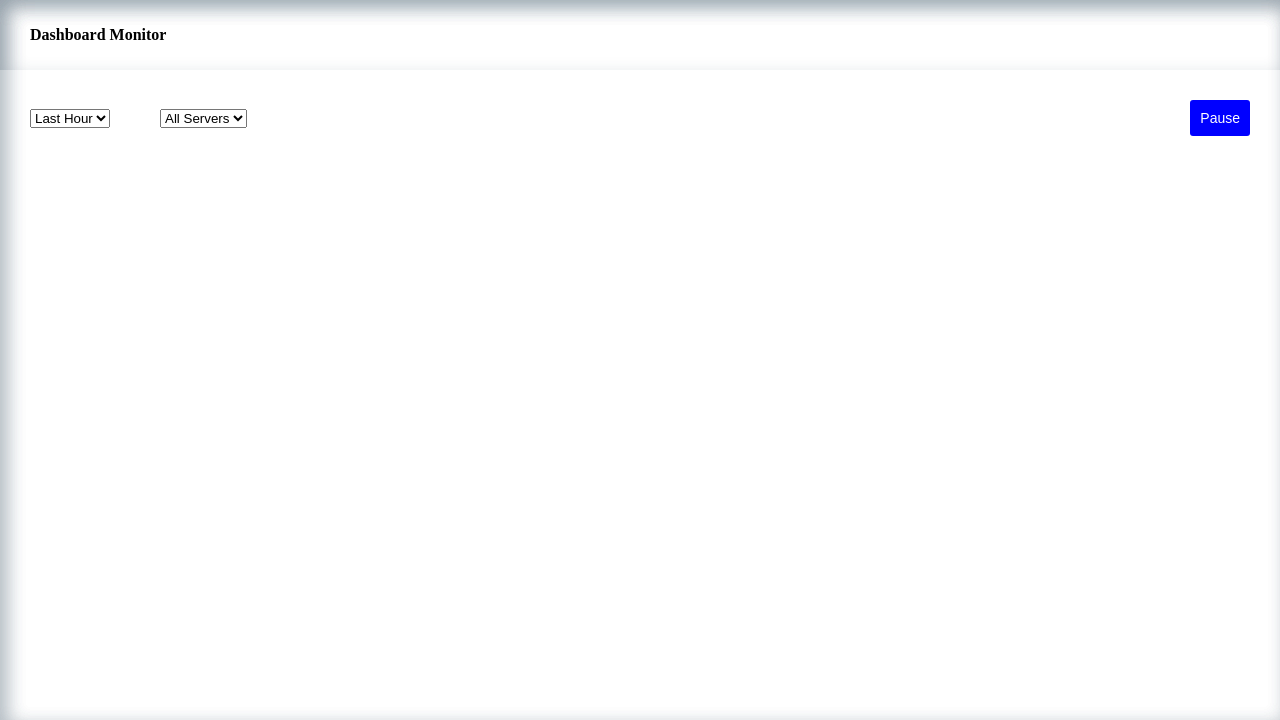
Repository: egorgloom/dashboard
Page: /
The author's editor kept a copy of each file at every save. The page is drawn from the files as they stood at one save, then again after the next save.
The browser window is 1280 px wide. The pictures show the whole page.
The page's requests for data from a server got no answer. The project was rebuilt for these pictures with package versions that can differ from the ones it lists, and the page was loaded fresh each time. No one was signed in, and anything a server would have sent is missing. Also part of the build but not shown: webpack.config.js, src/components/ItemCard/ItemCard.tsx, src/components/SingleServerMetrics/SingleServerMetrics.tsx.

Above is the page before, as saved 2025-04-16 17:51:35.

### src/index.html
<!DOCTYPE html>
<html>

<head>
  <meta charset="utf-8">
  <meta name="viewport" content="width=device-width, initial-scale=1.0" />
  <title>Dashboard</title>
</head>

<body>
  <div id="app"></div>
  <!-- <script type="module" src="./main.tsx"></script> -->
</body>
</html>

### src/app.tsx
import * as React from 'react';

import ReactDOM from "react-dom/client";
import { Provider } from 'react-redux';
import {
  BrowserRouter as Router,
  Routes,
  Route,
  BrowserRouter
} from "react-router-dom";



import './app.scss'
import OverviewPage from './components/OverviewPage/OverviewPage';
import store from './store';
import SingleServerMetrics from './components/SingleServerMetrics/SingleServerMetrics';
import Header from './components/Header/Header';



const App = () => {
  return (
    <>
      <Header />
      <Routes>
        <Route path='*' element={<OverviewPage />} />
        <Route path='/metrics/:id' element={<SingleServerMetrics />} />
      </Routes>
    </>

  )
}




const rootElement = document.getElementById('app');
if (rootElement) {
  const root = ReactDOM.createRoot(rootElement);
  root.render(
    <React.StrictMode>
      <Provider store={store}>
        <BrowserRouter>
          <App />
        </BrowserRouter>
      </Provider>
    </React.StrictMode>
  );
}

### src/app.scss
html, body {
    width: 100%; height: 100%; margin: 0; padding: 0;
    -webkit-box-shadow: 7px 6px 19px 0px rgba(34, 60, 80, 0.2) inset;
    -moz-box-shadow: 7px 6px 19px 0px rgba(34, 60, 80, 0.2) inset;
    box-shadow: 7px 6px 19px 0px rgba(34, 60, 80, 0.2) inset;

  }

  * {
    margin: 0;
    padding: 0;
    box-sizing: border-box;
  }

  #app {
    width: 100%; height: 100%; margin: 0; padding: 0px;
  }


  ol,
  ul {
    list-style: none;
  }

  a {
    text-decoration: none;
    padding: 0;
    margin: 0;
  }

  //variables

  $white: #FFF;
$lightBlack: #333;
$black: #000;
$blue: blue;

$fs10: 10px;
$fs11: 11px;
$fs12: 12px;
$fs13: 13px;
$fs14: 14px;
$fs16: 16px;
$fs17: 17px;
$fs18: 18px;
$fs20: 20px;
$fs24: 24px;
$fs36: 36px;

$pad30px: 30px;

//mixins
@mixin flex--center {
  display: flex;
  align-items: center;
  justify-content: center;

}

@mixin flex--space-between {
  display: flex;
  align-items: center;
  justify-content: space-between;

}

@mixin box-shadow {
  -webkit-box-shadow: 7px 6px 19px 0px rgba(34, 60, 80, 0.2) inset;
-moz-box-shadow: 7px 6px 19px 0px rgba(34, 60, 80, 0.2) inset;
box-shadow: 7px 6px 19px 0px rgba(34, 60, 80, 0.2) inset;
}

//header
.header {
    width: 100%;
    height: 70px;
    @include flex--center;
    justify-content: left;
  @include box-shadow;
}

.header--logo {

    color: $black;
    font-weight: bold;
    padding-left: $pad30px;
}
//wrapper

.wrapper {
padding: $pad30px;




}
.wrapper--filters {
  @include flex--space-between;
  flex-direction: row;


}

.wrapper--filter-select {
  @include flex--space-between;
  gap: 50px;

}

.btn {
  background-color: $blue;
  padding: 10px;
  color: $white;
  font-size: $fs14;
  border-style: none;
  border-radius: 3px;
}

//all-cards

.all-cards {
  margin-top: 20px;
  display: flex;
  flex-direction: row;
  flex-wrap: wrap;
  gap: 15px;
}
.all-cards--card {
  padding: 20px;
  width: calc(50% - 20px);
  display: flex;
  gap: 20px;
  flex-direction: column;
  -webkit-box-shadow: -1px 0px 3px 3px rgba(34, 60, 80, 0.2);
-moz-box-shadow: -1px 0px 3px 3px rgba(34, 60, 80, 0.2);
box-shadow: -1px 0px 3px 3px rgba(34, 60, 80, 0.2);
}

.all-cards--card--server {
  @include flex--space-between;
}
.all-cards--card--data {
display: grid;
    grid-template-columns: 50%;
    grid-template-rows: 50%;
    grid-auto-columns: 1fr;
    gap: 10px;
    grid-auto-flow: row;
    grid-template-areas:
      ". ."
      ". .";



}

.all-cards--card--data--info {
  display: flex;
  flex-direction: column;
  gap: 7px;
}
.all-cards--card--data--info--label {
  font-size: $fs11;
  color: $lightBlack;
}
.all-cards--card--data--info--value {
  font-size: $fs18;
  color: $black;
  font-weight: bold;
}

.all-cards--card--location {
display: flex;
flex-direction: column;

}

### src/components/OverviewPage/OverviewPage.tsx
import React from 'react';
import { FC } from 'react';
import { useGetMetricsQuery } from '../../API/metricsSlice';
import { IMetrics } from '../../interfaces/interface';

import ItemCard from '../ItemCard/ItemCard';


interface IOverviewPage { }

const OverviewPage: FC<IOverviewPage> = () => {

    const {data} = useGetMetricsQuery('')

    return (
        <>



            <div className='wrapper'>
                <div className='wrapper--filters'>
                    <div className='wrapper--filter-select'>
                        <select name="" id="">
                            <option value="1">Last Hour</option>
                            <option value="3">2</option>
                            <option value="6">3</option>

                        </select>
                        <select name="" id="">
                            <option value="1">All Servers</option>
                            <option value="2">web</option>
                            <option value="3">db</option>
                            <option value="4">cache</option>

                        </select>
                    </div>

                    <div>
                        <button className='btn'>Pause</button>
                    </div>
                </div>
                <div className='all-cards'>
                {data?.map((elem: IMetrics) => <ItemCard elem={elem} key={elem.id}/>)}
                </div>
            </div>
        </>
    );
};

export default OverviewPage;

### src/store.ts
import { configureStore  } from '@reduxjs/toolkit'

import { metricsSlice } from './API/metricsSlice'



const store = configureStore({
reducer: {
      [metricsSlice.reducerPath]: metricsSlice.reducer,

},
middleware: (getDefaultMiddleware) =>
      getDefaultMiddleware().concat(metricsSlice.middleware),
})


export default store

### src/components/Header/Header.tsx
import React from 'react';
import { FC } from 'react';

interface IHeader {}

const Header: FC<IHeader> = () => {
  return (
    <>
          <header className='header'>
        <a href="/" aria-label="Dashboard" className='header--logo'>
          Dashboard Monitor
        </a>
      </header>
    </>
  );
};

export default Header;

### src/API/metricsSlice.ts
import { createApi, fetchBaseQuery } from '@reduxjs/toolkit/query/react'
import { IMetrics } from '../interfaces/interface'


export const metricsSlice = createApi({
    reducerPath: 'metricsSlice',
    baseQuery: fetchBaseQuery({ baseUrl: 'https://server-shop-co.onrender.com/'}),
    tagTypes: ['metrics'],
    endpoints: (builder) => ({
        getMetrics: builder.query<IMetrics[], string>({
            query: () => 'metrics',
            providesTags: ['metrics'],
        }),
        getItemMetric: builder.query<IMetrics, any>({
            query: ({id}) => `metrics/${id}`,
            providesTags: ['metrics'],

        })

})
})

export const {useGetMetricsQuery, useGetItemMetricQuery} = metricsSlice;

After the next save:
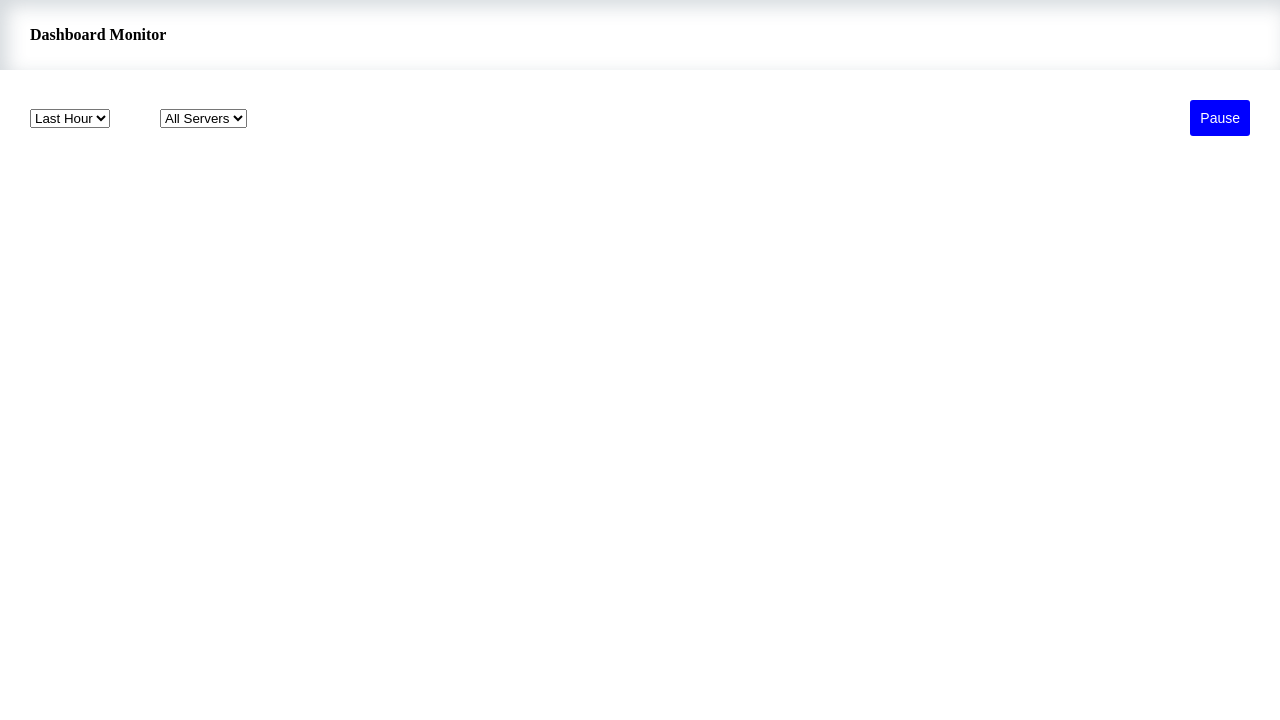
Saved 79 s later.
--- a/src/app.scss
+++ b/src/app.scss
@@ -1,8 +1,8 @@
 html, body {
     width: 100%; height: 100%; margin: 0; padding: 0;
-    -webkit-box-shadow: 7px 6px 19px 0px rgba(34, 60, 80, 0.2) inset;
-    -moz-box-shadow: 7px 6px 19px 0px rgba(34, 60, 80, 0.2) inset;
-    box-shadow: 7px 6px 19px 0px rgba(34, 60, 80, 0.2) inset;
+    // -webkit-box-shadow: 7px 6px 19px 0px rgba(34, 60, 80, 0.2) inset;
+    // -moz-box-shadow: 7px 6px 19px 0px rgba(34, 60, 80, 0.2) inset;
+    // box-shadow: 7px 6px 19px 0px rgba(34, 60, 80, 0.2) inset;
 
   }
 
